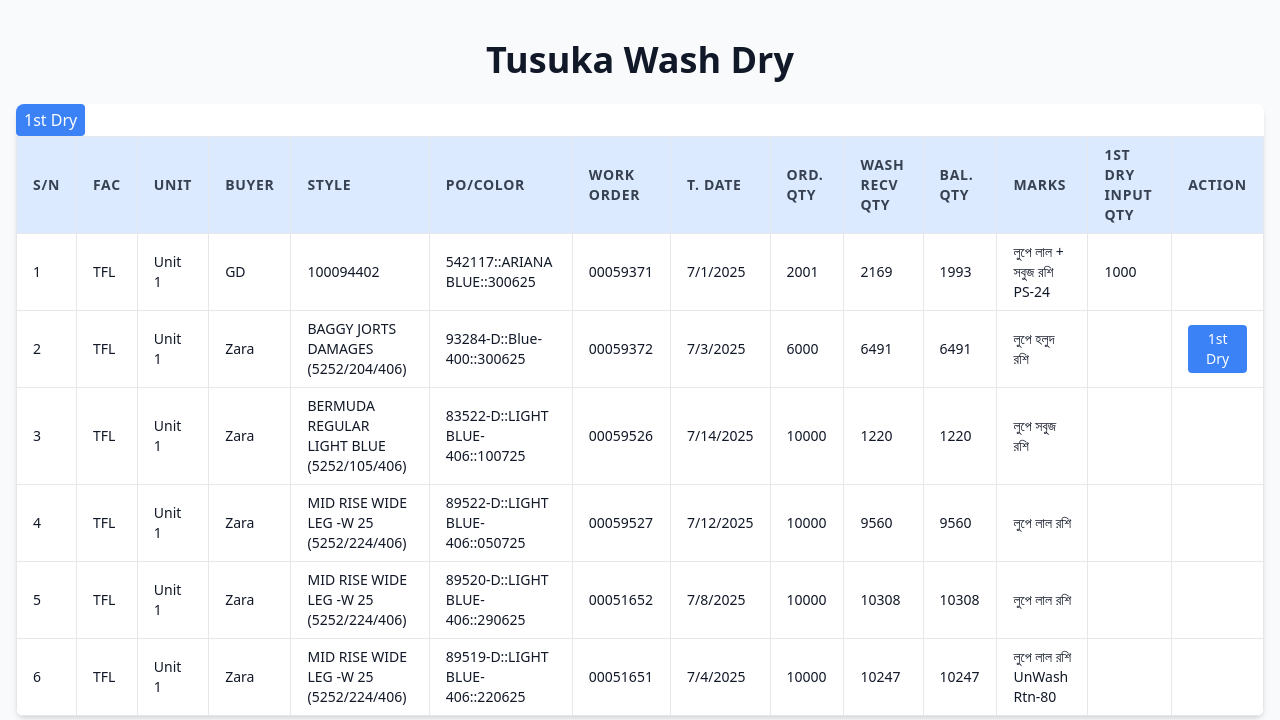
Repository: AhmedMuktadir14218/TusukaDryWash
Page: index.html
These files come from the project's save history. The page is drawn as it stood at one moment and after a run of saves; the edit follows.
The browser window is 1280 px wide. The pictures show the whole page.
Some web libraries are served in a nearby version.

Above is the page before, as saved 2025-06-29 15:04:11.

### index.html
<!DOCTYPE html>
<html lang="en">
<head>
  <meta charset="UTF-8" />
  <meta name="viewport" content="width=device-width, initial-scale=1.0"/>
  <title>Tusuka Wash Dry</title>
  <script src="https://cdn.tailwindcss.com"></script>
</head>
<body class="bg-gray-50 text-gray-900">
  <h1 class="text-4xl font-bold text-center mt-10 mb-6">Tusuka Wash Dry</h1>

  <div class="container mx-auto px-4">
    <div class="overflow-x-auto bg-white shadow-md rounded-lg">
      <table class="min-w-full table-auto text-sm text-left border">
        <thead class="bg-blue-100 text-gray-700 uppercase tracking-wider">
          <tr>
            <th class="px-4 py-2 border">S/N</th>
            <th class="px-4 py-2 border">Fac</th>
            <th class="px-4 py-2 border">Unit</th>
            <th class="px-4 py-2 border">Buyer</th>
            <th class="px-4 py-2 border">Style</th>
            <th class="px-4 py-2 border">PO/Color</th>
            <th class="px-4 py-2 border">Work Order</th>
            <th class="px-4 py-2 border">T. Date</th>
            <th class="px-4 py-2 border">Ord. Qty</th>
            <th class="px-4 py-2 border">Wash Recv Qty</th>
            <th class="px-4 py-2 border">Bal. Qty</th>
            <th class="px-4 py-2 border">Marks</th>
            <th class="px-4 py-2 border">1st Dry Input Qty</th>
            <th class="px-4 py-2 border">Action</th>
          </tr>
        </thead>
        <tbody>
          <tr class="hover:bg-gray-100">
            <td class="px-4 py-2 border">1</td>
            <td class="px-4 py-2 border">TFL</td>
            <td class="px-4 py-2 border">Unit 1</td>
            <td class="px-4 py-2 border">GD</td>
            <td class="px-4 py-2 border">100094402</td>
            <td class="px-4 py-2 border">542117::ARIANA BLUE::300625</td>
            <td class="px-4 py-2 border">00059371</td>
            <td class="px-4 py-2 border">7/1/2025</td>
            <td class="px-4 py-2 border">2001</td>
            <td class="px-4 py-2 border">2169</td>
            <td class="px-4 py-2 border">1993</td>
            <td class="px-4 py-2 border">লুপে লাল + সবুজ রশি PS-24</td>
            <td class="px-4 py-2 border">1000</td>
            <td class="px-4 py-2 border"></td>
          </tr>
          <tr class="hover:bg-gray-100">
            <td class="px-4 py-2 border">2</td>
            <td class="px-4 py-2 border">TFL</td>
            <td class="px-4 py-2 border">Unit 1</td>
            <td class="px-4 py-2 border">Zara</td>
            <td class="px-4 py-2 border">BAGGY JORTS DAMAGES (5252/204/406)</td>
            <td class="px-4 py-2 border">93284-D::Blue-400::300625</td>
            <td class="px-4 py-2 border">00059372</td>
            <td class="px-4 py-2 border">7/3/2025</td>
            <td class="px-4 py-2 border">6000</td>
            <td class="px-4 py-2 border">6491</td>
            <td class="px-4 py-2 border">6491</td>
            <td class="px-4 py-2 border">লুপে হলুদ রশি</td>
            <td class="px-4 py-2 border"></td>
            <td class="px-4 py-2 border"><button class="bg-blue-500 text-white px-2 py-1 rounded">1st Dry</button></td>
          </tr>
          <tr class="hover:bg-gray-100">
            <td class="px-4 py-2 border">3</td>
            <td class="px-4 py-2 border">TFL</td>
            <td class="px-4 py-2 border">Unit 1</td>
            <td class="px-4 py-2 border">Zara</td>
            <td class="px-4 py-2 border">BERMUDA REGULAR LIGHT BLUE (5252/105/406)</td>
            <td class="px-4 py-2 border">83522-D::LIGHT BLUE-406::100725</td>
            <td class="px-4 py-2 border">00059526</td>
            <td class="px-4 py-2 border">7/14/2025</td>
            <td class="px-4 py-2 border">10000</td>
            <td class="px-4 py-2 border">1220</td>
            <td class="px-4 py-2 border">1220</td>
            <td class="px-4 py-2 border">লুপে সবুজ রশি</td>
            <button class="bg-blue-500 text-white px-2 py-1 rounded">1st Dry</button>
            <td class="px-4 py-2 border"></td>
          </tr>
          <tr class="hover:bg-gray-100">
            <td class="px-4 py-2 border">4</td>
            <td class="px-4 py-2 border">TFL</td>
            <td class="px-4 py-2 border">Unit 1</td>
            <td class="px-4 py-2 border">Zara</td>
            <td class="px-4 py-2 border">MID RISE WIDE LEG -W 25 (5252/224/406)</td>
            <td class="px-4 py-2 border">89522-D::LIGHT BLUE-406::050725</td>
            <td class="px-4 py-2 border">00059527</td>
            <td class="px-4 py-2 border">7/12/2025</td>
            <td class="px-4 py-2 border">10000</td>
            <td class="px-4 py-2 border">9560</td>
            <td class="px-4 py-2 border">9560</td>
            <td class="px-4 py-2 border">লুপে লাল রশি</td>
            <td class="px-4 py-2 border"></td>
            <td class="px-4 py-2 border"></td>
          </tr>
          <tr class="hover:bg-gray-100">
            <td class="px-4 py-2 border">5</td>
            <td class="px-4 py-2 border">TFL</td>
            <td class="px-4 py-2 border">Unit 1</td>
            <td class="px-4 py-2 border">Zara</td>
            <td class="px-4 py-2 border">MID RISE WIDE LEG -W 25 (5252/224/406)</td>
            <td class="px-4 py-2 border">89520-D::LIGHT BLUE-406::290625</td>
            <td class="px-4 py-2 border">00051652</td>
            <td class="px-4 py-2 border">7/8/2025</td>
            <td class="px-4 py-2 border">10000</td>
            <td class="px-4 py-2 border">10308</td>
            <td class="px-4 py-2 border">10308</td>
            <td class="px-4 py-2 border">লুপে লাল রশি</td>
            <td class="px-4 py-2 border"></td>
            <td class="px-4 py-2 border"></td>
          </tr>
          <tr class="hover:bg-gray-100">
            <td class="px-4 py-2 border">6</td>
            <td class="px-4 py-2 border">TFL</td>
            <td class="px-4 py-2 border">Unit 1</td>
            <td class="px-4 py-2 border">Zara</td>
            <td class="px-4 py-2 border">MID RISE WIDE LEG -W 25 (5252/224/406)</td>
            <td class="px-4 py-2 border">89519-D::LIGHT BLUE-406::220625</td>
            <td class="px-4 py-2 border">00051651</td>
            <td class="px-4 py-2 border">7/4/2025</td>
            <td class="px-4 py-2 border">10000</td>
            <td class="px-4 py-2 border">10247</td>
            <td class="px-4 py-2 border">10247</td>
            <td class="px-4 py-2 border">লুপে লাল রশি UnWash Rtn-80</td>
            <td class="px-4 py-2 border"></td>
            <td class="px-4 py-2 border"></td>
          </tr>
        </tbody>
      </table>
    </div>
  </div>
</body>
</html>

After the next 6 saves:
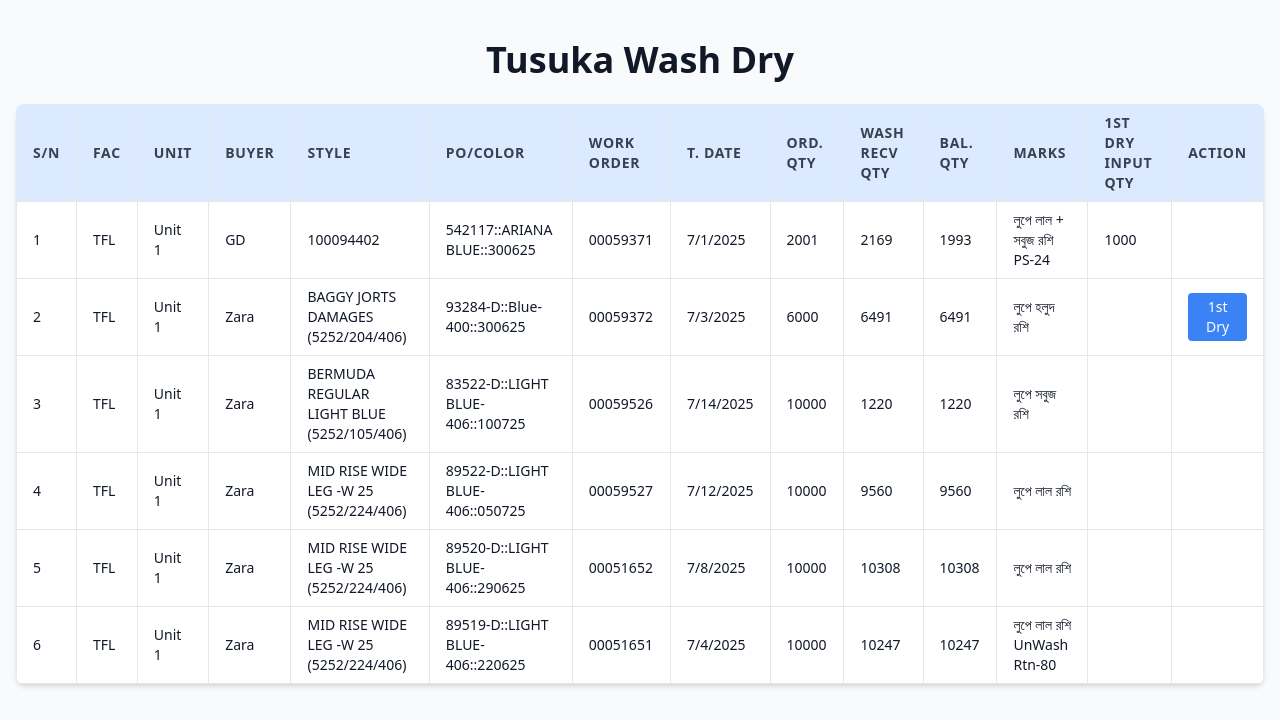
The 6 saves are shown as one change because they came seconds apart.
The last was saved 13 s later.
--- a/index.html
+++ b/index.html
@@ -76,7 +76,7 @@
             <td class="px-4 py-2 border">1220</td>
             <td class="px-4 py-2 border">1220</td>
             <td class="px-4 py-2 border">লুপে সবুজ রশি</td>
-            <button class="bg-blue-500 text-white px-2 py-1 rounded">1st Dry</button>
+            <td class="px-4 py-2 border"></td>
             <td class="px-4 py-2 border"></td>
           </tr>
           <tr class="hover:bg-gray-100">
